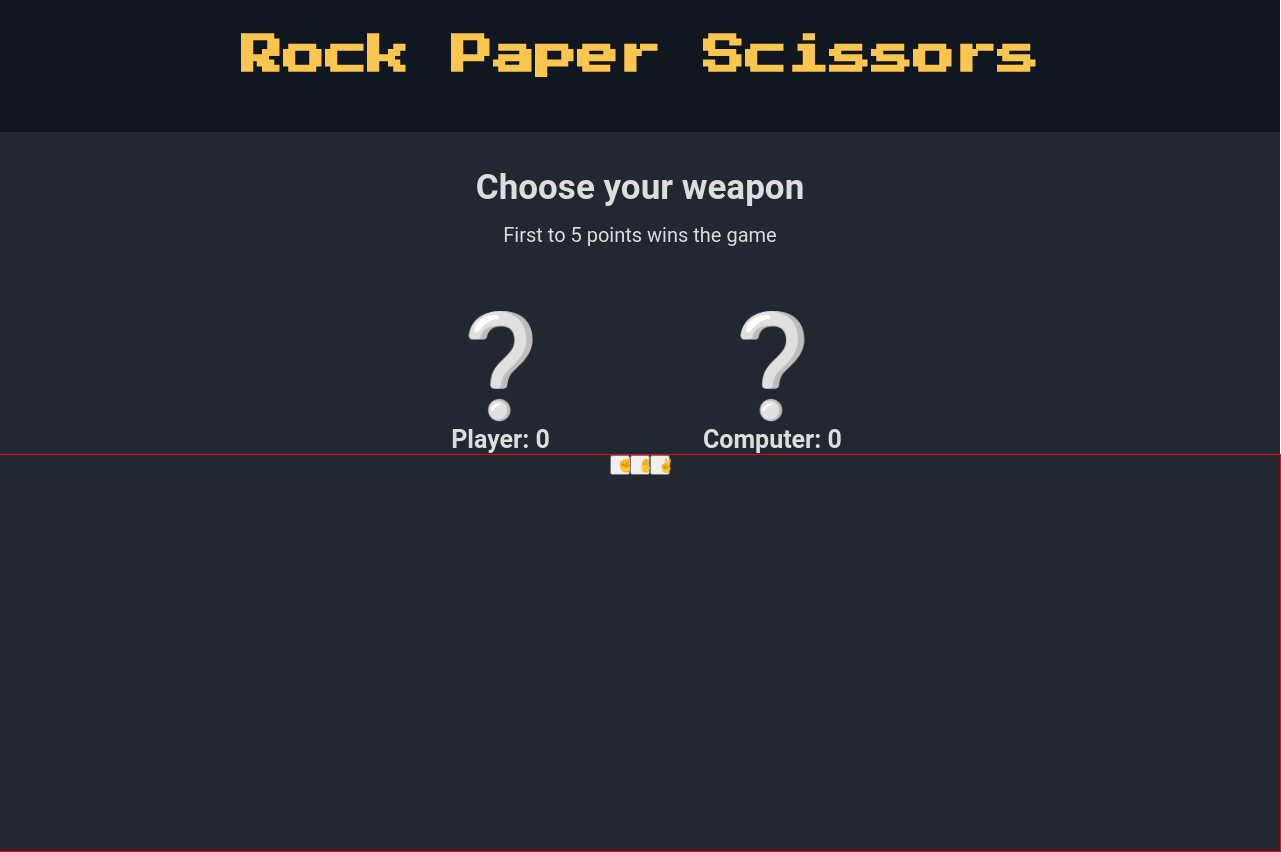
Repository: Aaryan-Poria/Rock-Paper-Scissors
Page: index.html
An editor plug-in stored every save of this project. The page is shown before and after the next save, followed by the edit.
The browser window is 1280 px wide. The page is 1281 px wide, so the pictures cover 1281 px, including what lies to the right of the window. The pictures show the whole page.

Above is the page before, as saved 2023-08-23 19:58:33.

After the next save:
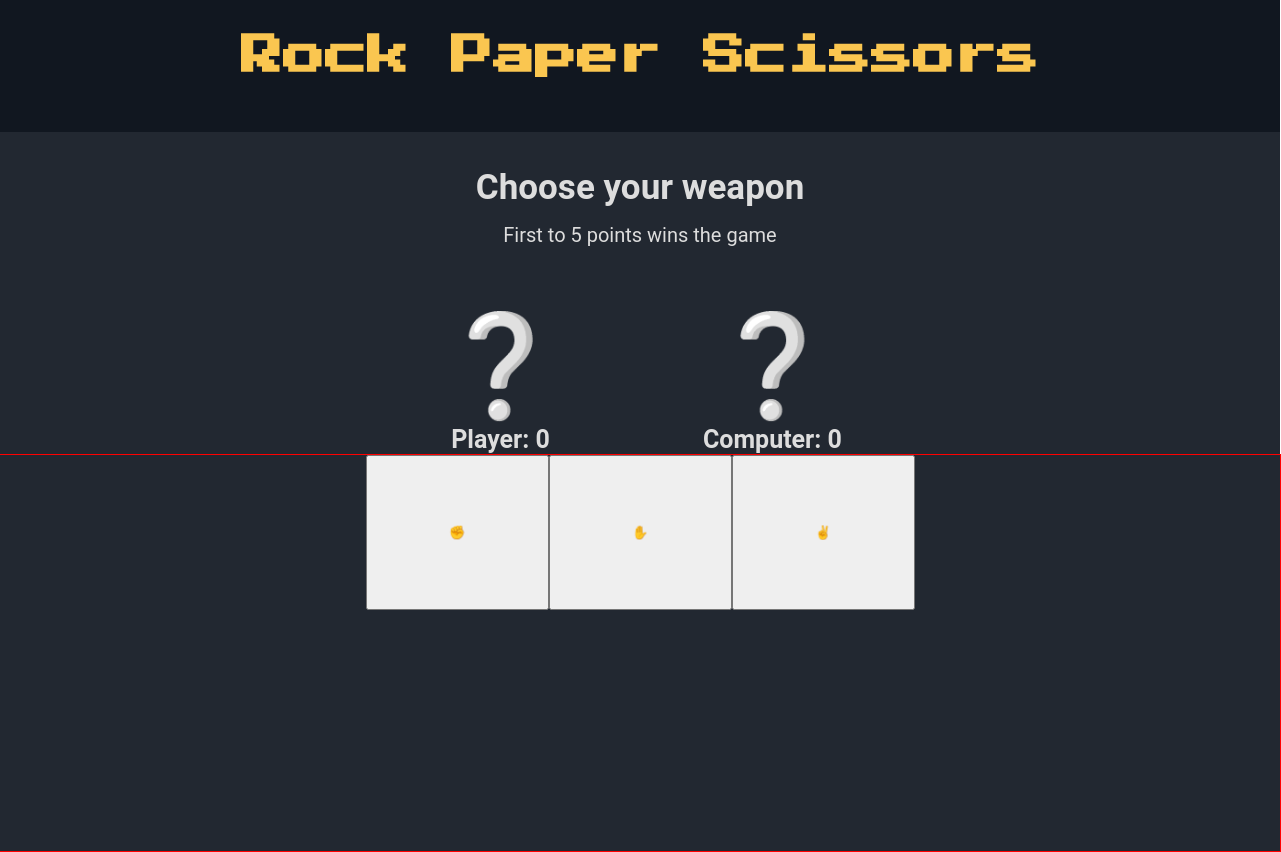
Saved 2 min 1 s later.
--- a/style.css
+++ b/style.css
@@ -79,6 +79,6 @@ body {
   width: 100%;
 }
 .btn {
-  height: 20px;
-  width: 20px;
+  height: 155px;
+  width: 183px;
 }
